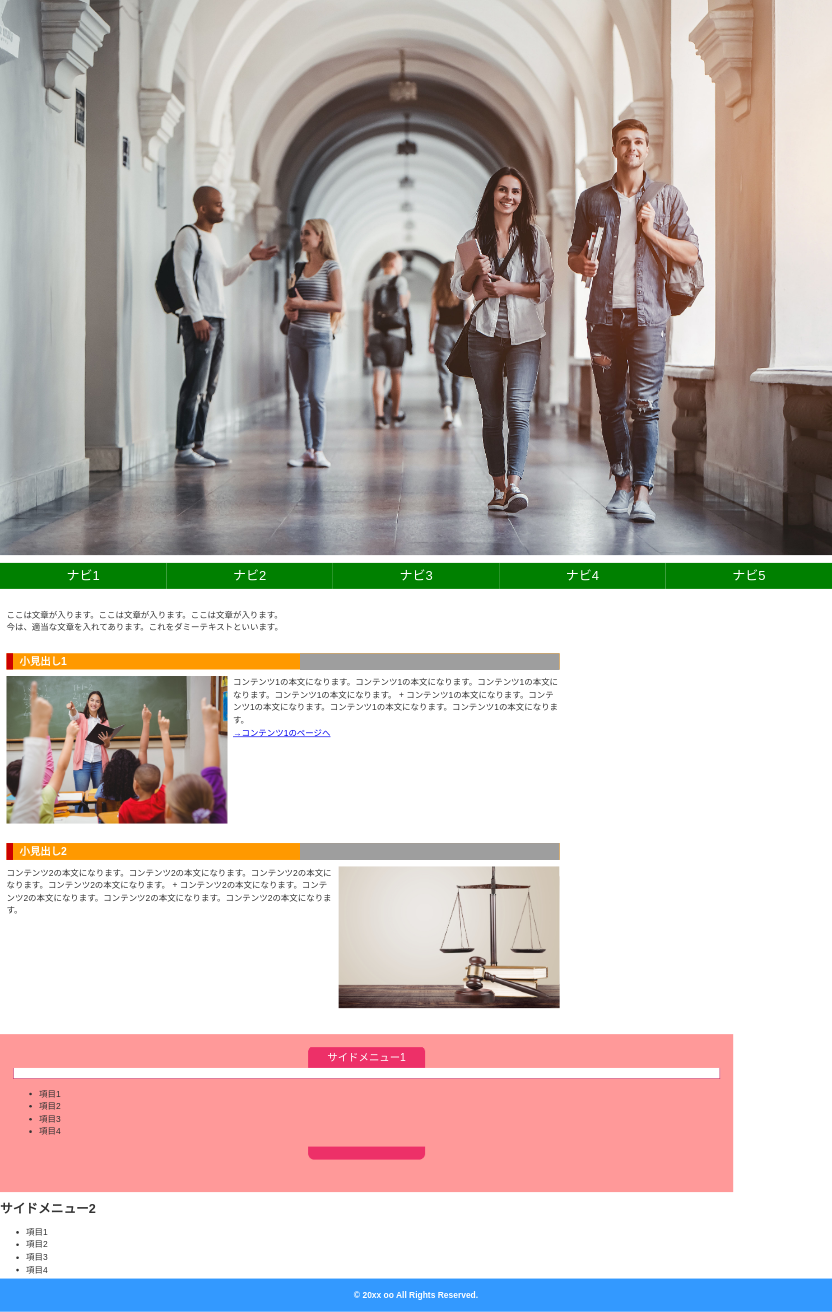
Repository: Taka-freedom/samurai_HTML-CSS
Page: index.html
The author's editor kept a record of every edit. The page is drawn from the files as they stood at one moment, then again after the next edit.
The browser window is 1280 px wide. The pictures show the whole page, at 65% of full size.
Pictures or frames that could not be fetched are drawn as grey boxes.

Above is the page before.

After the next edit:
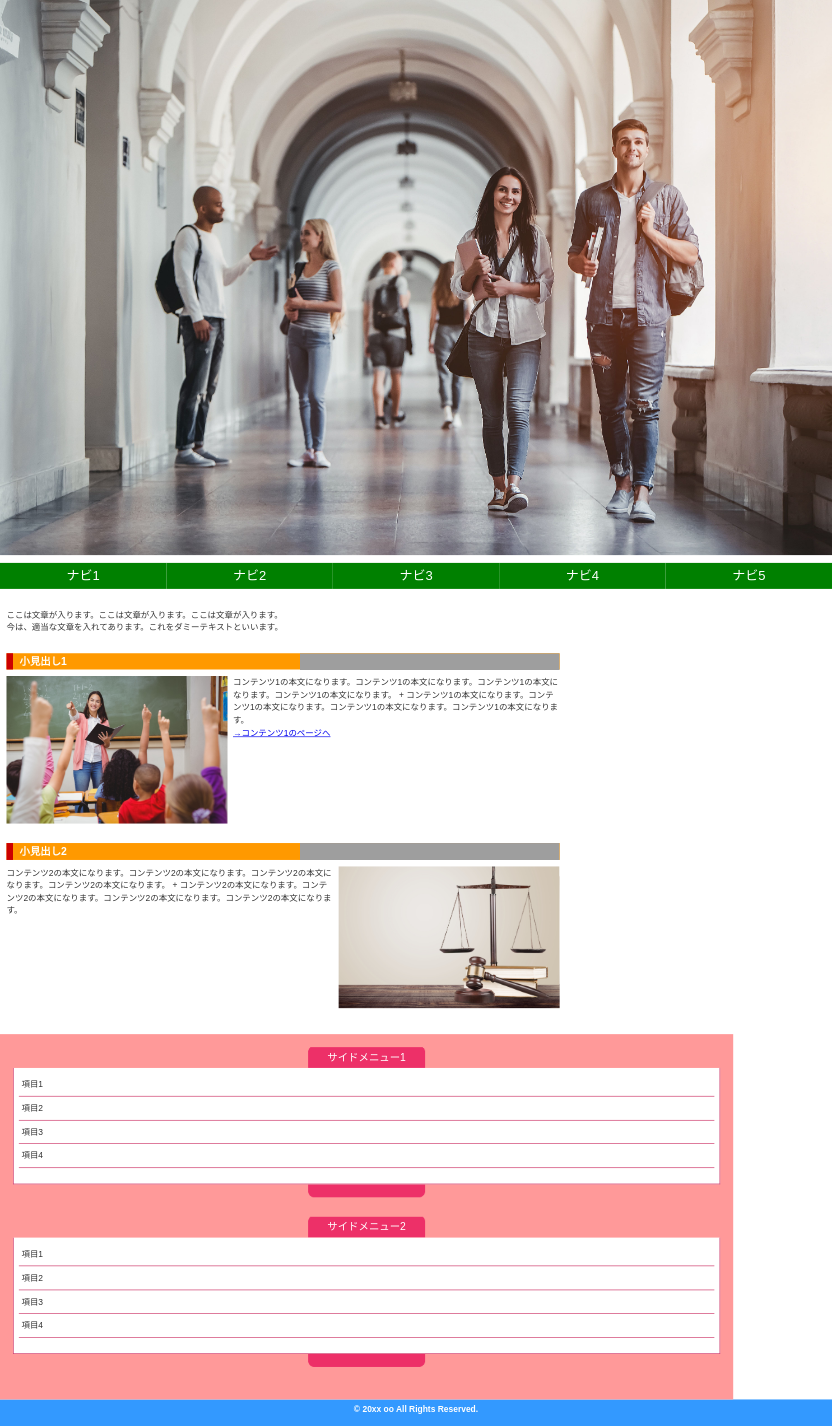
The edit:
--- a/index.html
+++ b/index.html
@@ -47,7 +47,7 @@
         <div id="side">
             <div class="box">
                 <h2>サイドメニュー1</h2>
-                <div class="boxBody"></div>
+                <div class="boxBody">
                    <ul>
                        <li>項目1</li>
                        <li>項目2</li>
